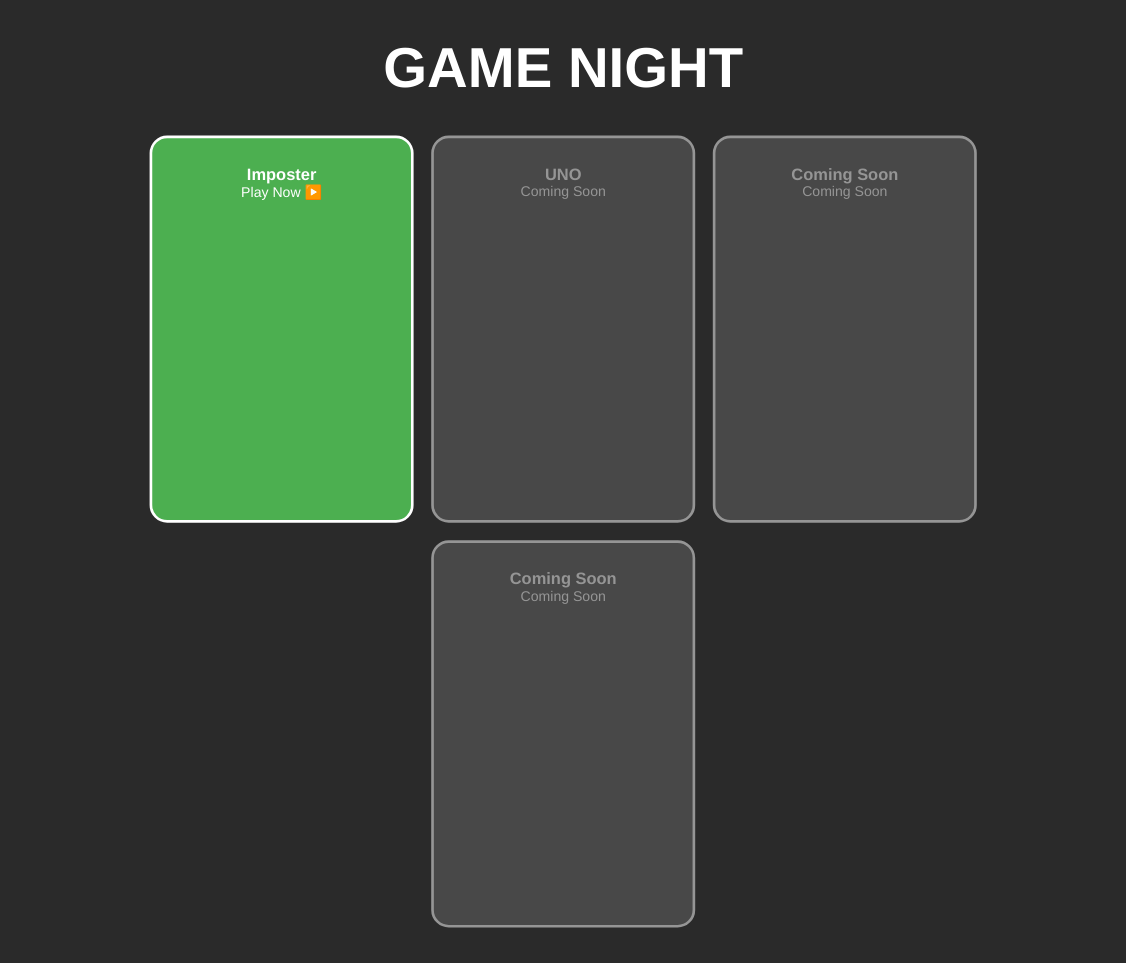
Repository: nfemmanuel/game-night-app
Page: /
The author's editor kept a copy of each file at every save. The page is drawn from the files as they stood at one save, then again after the next save.
The browser window is 1280 px wide. The pictures show the whole page, at 88% of full size.
The project was rebuilt for these pictures with package versions that can differ from the ones it lists, and the page was loaded fresh each time.

Above is the page before, as saved 2025-12-31 16:28:03.

### src/App.js
import './styles/global.css';
import GameCard from './components/GameCard';

function App() {
  const handleClick = (gameName) => {
    alert(`Getting ready to play ${gameName}!`);
  };

  return (
    <div style={{ padding: '40px', textAlign: 'center' }}>
      <h1 style={{ fontSize: '4rem' }}>GAME NIGHT</h1>

      <div style={{
        display: 'flex',
        gap: '20px',
        justifyContent: 'center',
        marginTop: '40px',
        flexWrap: 'wrap'
      }}>
        <GameCard
          name="Imposter"
          available={true}
          onClick={() => handleClick("Imposter")}
        />
        <GameCard
          name="UNO"
          available={false}
          onClick={() => handleClick("UNO")}
        />
        <GameCard
          name="Coming Soon"
          available={false}
          onClick={() => { }}
        />
        <GameCard
          name="Coming Soon"
          available={false}
          onClick={() => { }}
        />
      </div>
    </div>
  );
}

export default App;

### src/styles/global.css
* {
    margin: 0;
    padding: 0;
    box-sizing: border-box;
}

body {
    font-family: 'Helvetica Neue', 'Arial', sans-serif;
    background-color: rgb(42, 42, 42);
    color: white;
    overflow: hidden;
}

button {
    cursor: pointer;
    border: none;
    border-radius: 5px;
    font-family: inherit;
    font-size: 1rem;
    padding: 10px 20px;
}

### src/components/GameCard.jsx
import styles from './GameCard.module.css';

function GameCard({ name, available, onClick }) {
    // Combine card + available/disabled classes
    const cardClasses = `${styles.card} ${available ? styles.available : styles.disabled}`;

    return (
        <div
            className={cardClasses}
            onClick={available ? onClick : null}
        >
            <h3>{name}</h3>
            <p>{available ? 'Play Now ▶️' : 'Coming Soon'}</p>
        </div>
    );
}

export default GameCard;

### src/components/GameCard.module.css
.card {
    width: 300px;
    height: 440px;
    padding: 30px;
    border-radius: 20px;
    border: 3px solid white;
    text-align: center;
    transition: all 0.3s ease;
}

.available {
    background-color: #4CAF50;
    color: white;
    cursor: pointer;
}

.available:hover {
    transform: scale(1.05);
    box-shadow: 0 0 20px rgba(76, 175, 80, 0.6);
}

.disabled {
    background-color: #666;
    color: white;
    cursor: not-allowed;
    opacity: 0.5;
}

Loaded but not shown: public/index.html (common file); src/index.js (common file); src/index.css (common file); src/reportWebVitals.js (common file)

After the next save:
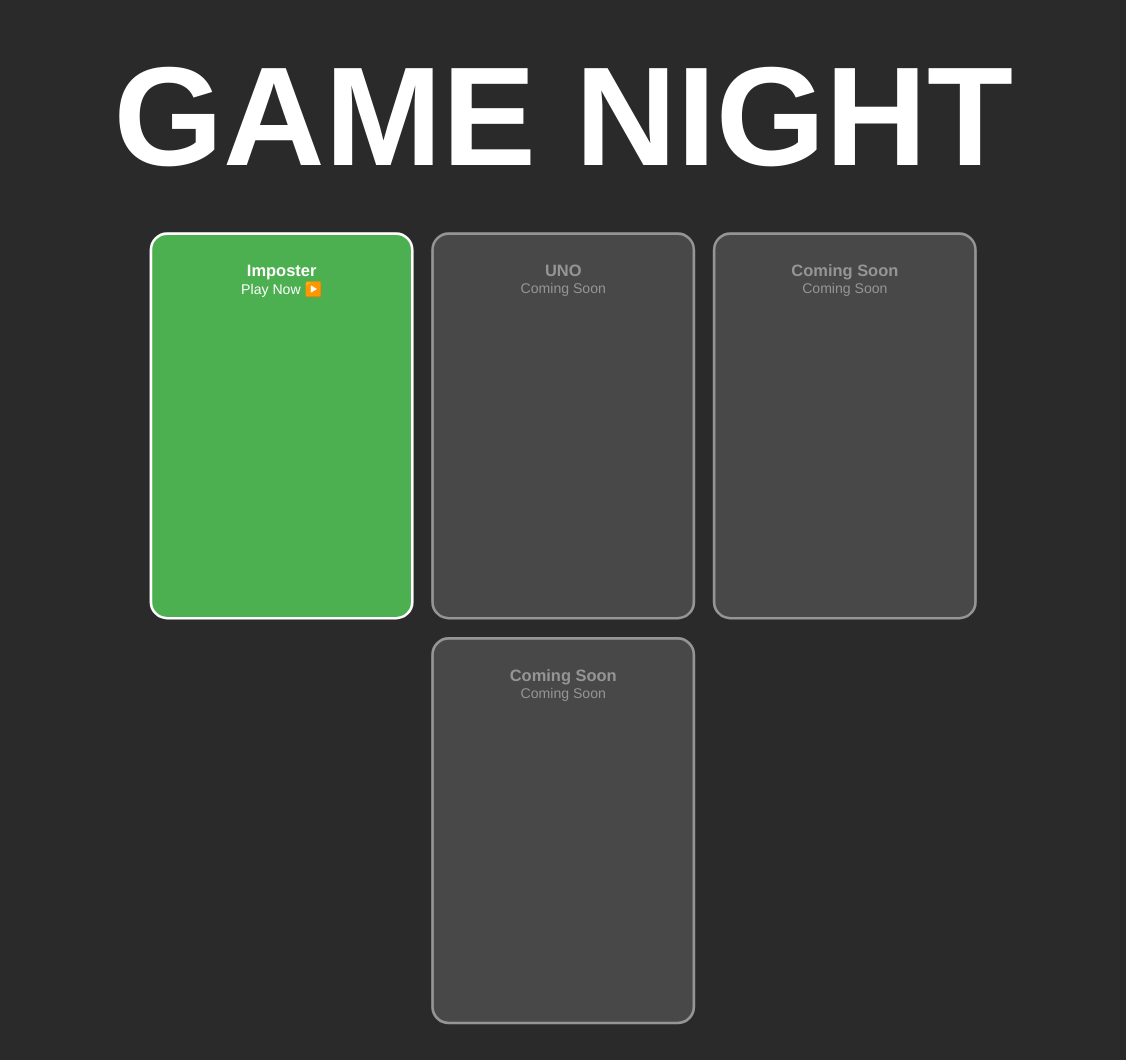
Saved 6 s later.
--- a/src/App.js
+++ b/src/App.js
@@ -8,7 +8,7 @@ function App() {
 
   return (
     <div style={{ padding: '40px', textAlign: 'center' }}>
-      <h1 style={{ fontSize: '4rem' }}>GAME NIGHT</h1>
+      <h1 style={{ fontSize: '10rem' }}>GAME NIGHT</h1>
 
       <div style={{
         display: 'flex',
